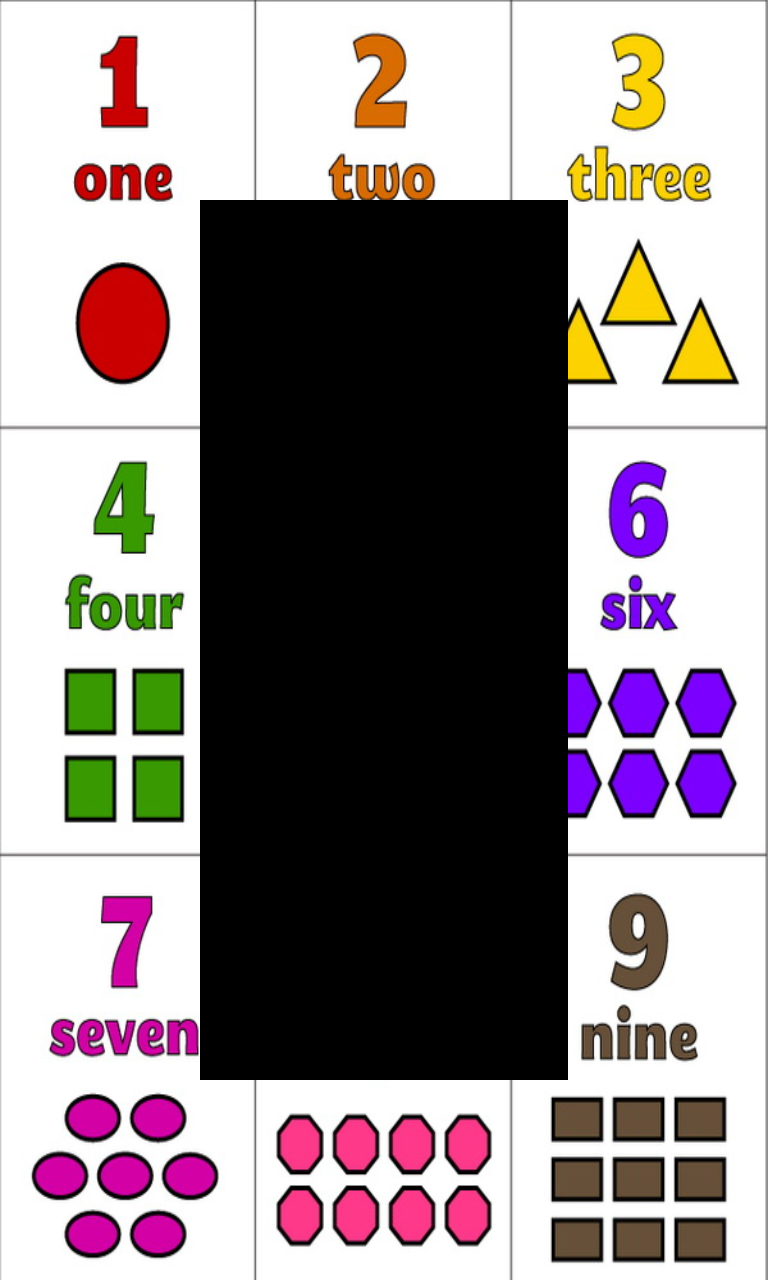
Repository: odil-akhmedov/FlashCardsAndroid
Layout: FlashCardsAOK/res/layout/activity_main.xml
These files come from the project's save history. The layout is drawn as it stood at one moment and after the next save; the edit follows.
It is drawn on a 768 x 1280 px phone screen (xhdpi) without system bars, with theme AppTheme; the app's code is not run. Lists and similar views that code fills are empty.

Above is the layout before, as saved 2014-06-30 20:14:45.

### FlashCardsAOK/res/layout/activity_main.xml
<LinearLayout xmlns:android="http://schemas.android.com/apk/res/android"
    xmlns:tools="http://schemas.android.com/tools"
    android:id="@+id/container"
    android:layout_width="match_parent"
    android:layout_height="match_parent"
    android:background="@drawable/main_bg"
    android:orientation="vertical"
    tools:context="com.wsu.flashcardsaok.MainActivity"
    tools:ignore="MergeRootFrame" >

    <!-- android:background="@drawable/main_bg" -->

    <RelativeLayout
        android:background="#000"
        android:layout_width="wrap_content"
        android:layout_height="wrap_content"
        android:layout_margin="100dp" >

        <ListView
            android:id="@+id/menuList"
            android:layout_width="match_parent"
            android:layout_height="match_parent"
            android:layout_alignParentLeft="true"
            android:layout_alignParentTop="true"
            android:textSize="26pt"
            android:textStyle="bold" >
        </ListView>
    </RelativeLayout>

</LinearLayout>

Loaded but not shown: FlashCardsAOK/res/values/styles.xml (common file); FlashCardsAOK/res/values-v11/styles.xml (common file); FlashCardsAOK/res/values-v14/styles.xml (common file)

After the next save:
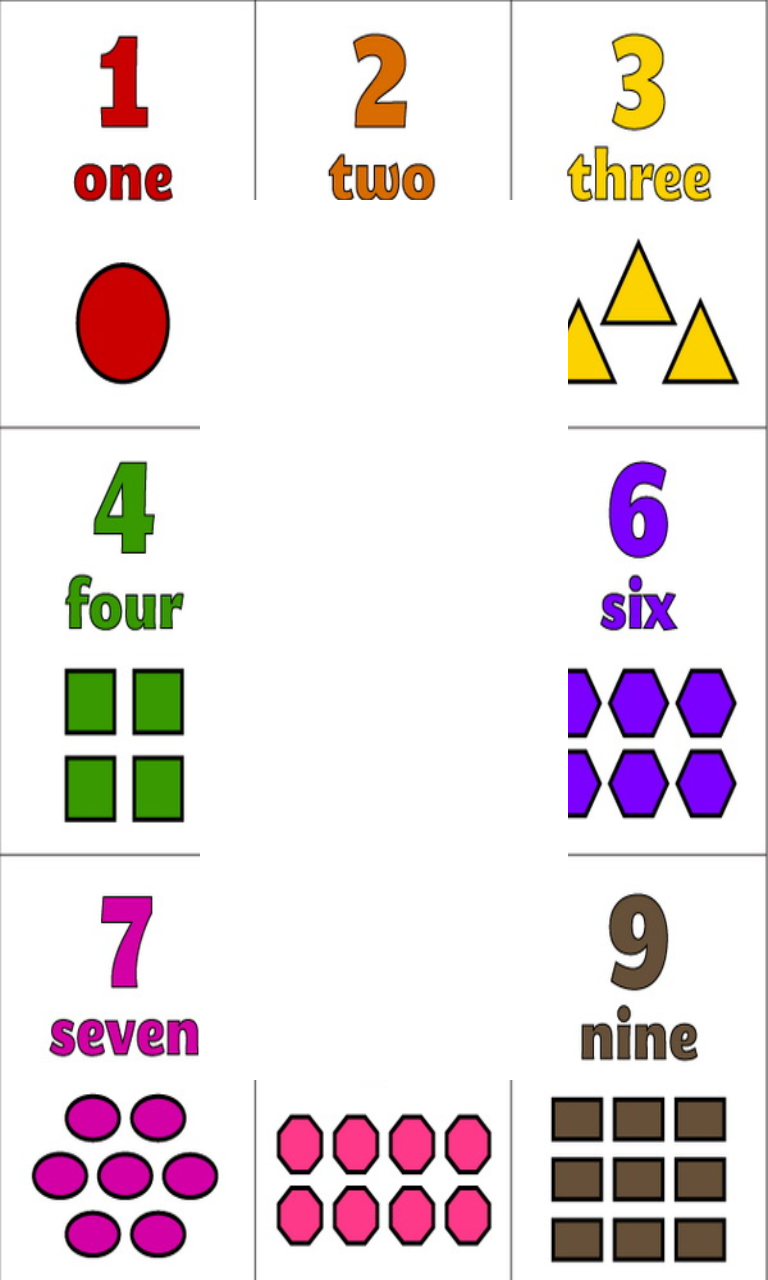
Saved 5 s later.
--- a/FlashCardsAOK/res/layout/activity_main.xml
+++ b/FlashCardsAOK/res/layout/activity_main.xml
@@ -11,7 +11,7 @@
     <!-- android:background="@drawable/main_bg" -->
 
     <RelativeLayout
-        android:background="#000"
+        android:background="#fff"
         android:layout_width="wrap_content"
         android:layout_height="wrap_content"
         android:layout_margin="100dp" >
